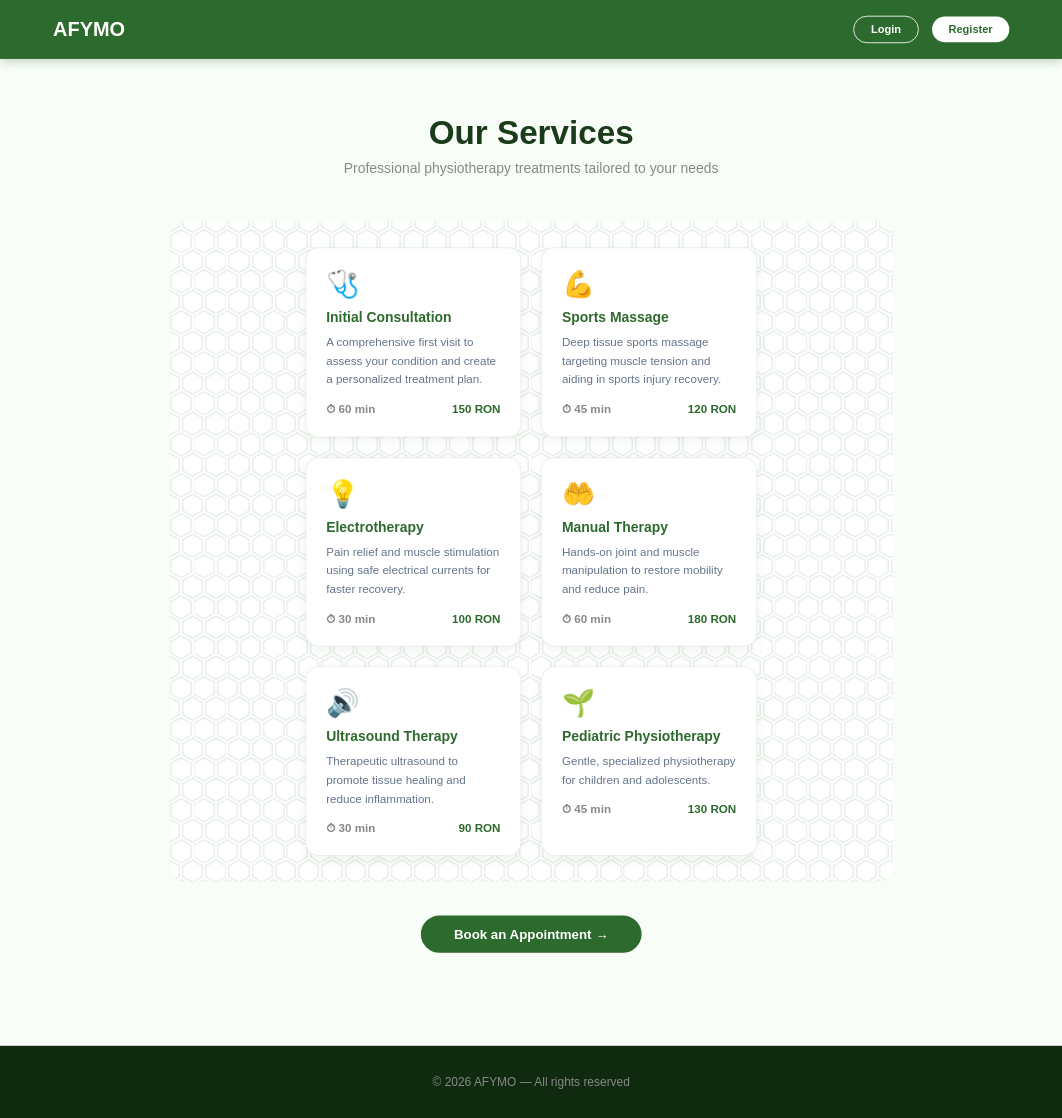
Repository: Bogo02/PhysioApp
Page: /services (app in physioapp-frontend/)
These files come from the project's save history. The page is drawn as it stood at one moment and after the next save; the edit follows.
The browser window is 1280 px wide. The pictures show the whole page, at 83% of full size.
The project was rebuilt for these pictures with package versions that can differ from the ones it lists, and the page was loaded fresh each time. Also part of the build but not shown: physioapp-frontend/vite.config.js, physioapp-frontend/src/pages/Home.jsx, physioapp-frontend/src/pages/Login.jsx, physioapp-frontend/src/pages/Register.jsx, physioapp-frontend/src/pages/Dashboard.jsx, physioapp-frontend/src/pages/Appointments.jsx, physioapp-frontend/src/pages/BookAppointment.jsx, physioapp-frontend/src/pages/Profile.jsx and 2 more.

Above is the page before, as saved 2026-06-09 21:11:55.

After the next save:
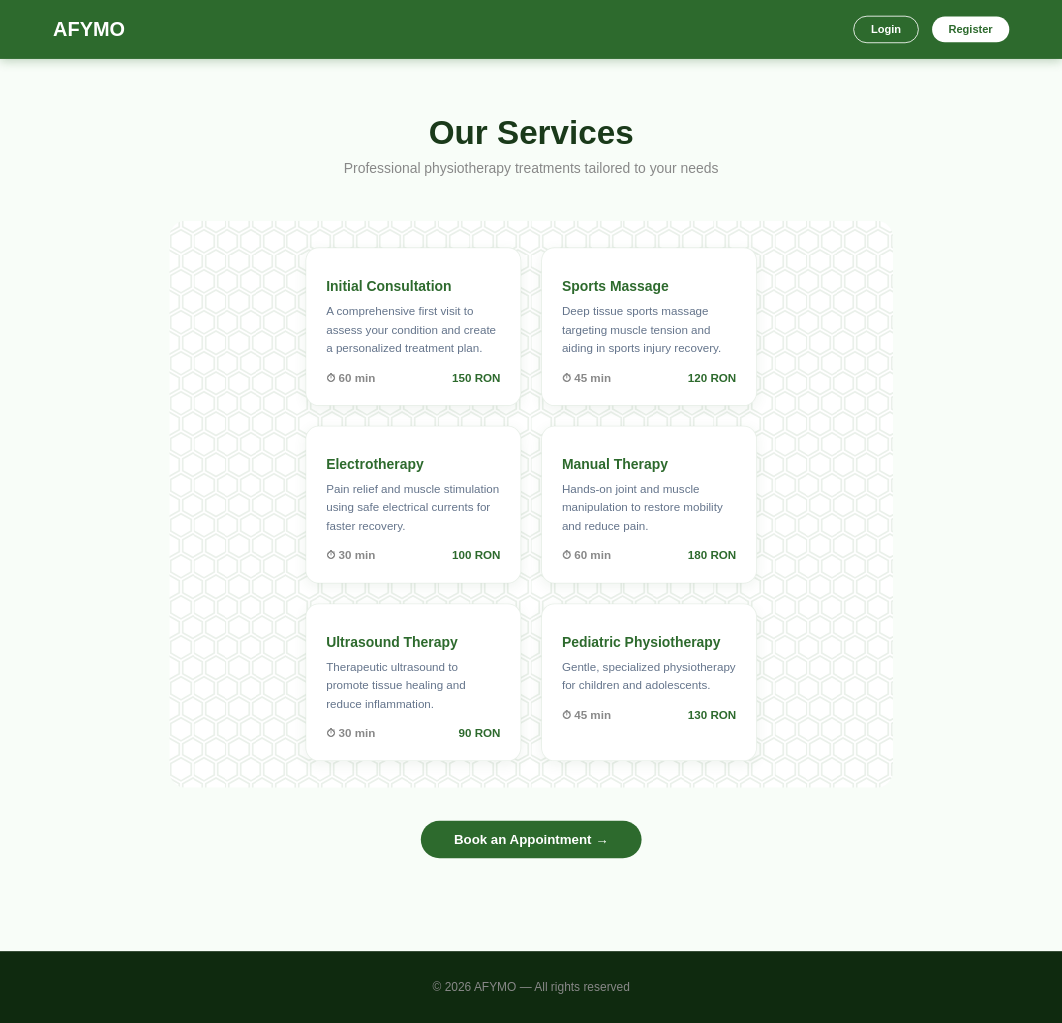
Saved 4 min 54 s later.
--- a/physioapp-frontend/src/pages/Services.jsx
+++ b/physioapp-frontend/src/pages/Services.jsx
@@ -6,12 +6,12 @@ function Services() {
   const [token] = useState(localStorage.getItem('token'))
 
   const services = [
-    { name: 'Initial Consultation', duration: 60, price: 150, desc: 'A comprehensive first visit to assess your condition and create a personalized treatment plan.', icon: '🩺' },
-    { name: 'Sports Massage', duration: 45, price: 120, desc: 'Deep tissue sports massage targeting muscle tension and aiding in sports injury recovery.', icon: '💪' },
-    { name: 'Electrotherapy', duration: 30, price: 100, desc: 'Pain relief and muscle stimulation using safe electrical currents for faster recovery.', icon: '💡' },
-    { name: 'Manual Therapy', duration: 60, price: 180, desc: 'Hands-on joint and muscle manipulation to restore mobility and reduce pain.', icon: '🤲' },
-    { name: 'Ultrasound Therapy', duration: 30, price: 90, desc: 'Therapeutic ultrasound to promote tissue healing and reduce inflammation.', icon: '🔊' },
-    { name: 'Pediatric Physiotherapy', duration: 45, price: 130, desc: 'Gentle, specialized physiotherapy for children and adolescents.', icon: '🌱' },
+    { name: 'Initial Consultation', duration: 60, price: 150, desc: 'A comprehensive first visit to assess your condition and create a personalized treatment plan.' },
+    { name: 'Sports Massage', duration: 45, price: 120, desc: 'Deep tissue sports massage targeting muscle tension and aiding in sports injury recovery.' },
+    { name: 'Electrotherapy', duration: 30, price: 100, desc: 'Pain relief and muscle stimulation using safe electrical currents for faster recovery.' },
+    { name: 'Manual Therapy', duration: 60, price: 180, desc: 'Hands-on joint and muscle manipulation to restore mobility and reduce pain.' },
+    { name: 'Ultrasound Therapy', duration: 30, price: 90, desc: 'Therapeutic ultrasound to promote tissue healing and reduce inflammation.' },
+    { name: 'Pediatric Physiotherapy', duration: 45, price: 130, desc: 'Gentle, specialized physiotherapy for children and adolescents.',  },
   ]
 
   return (
